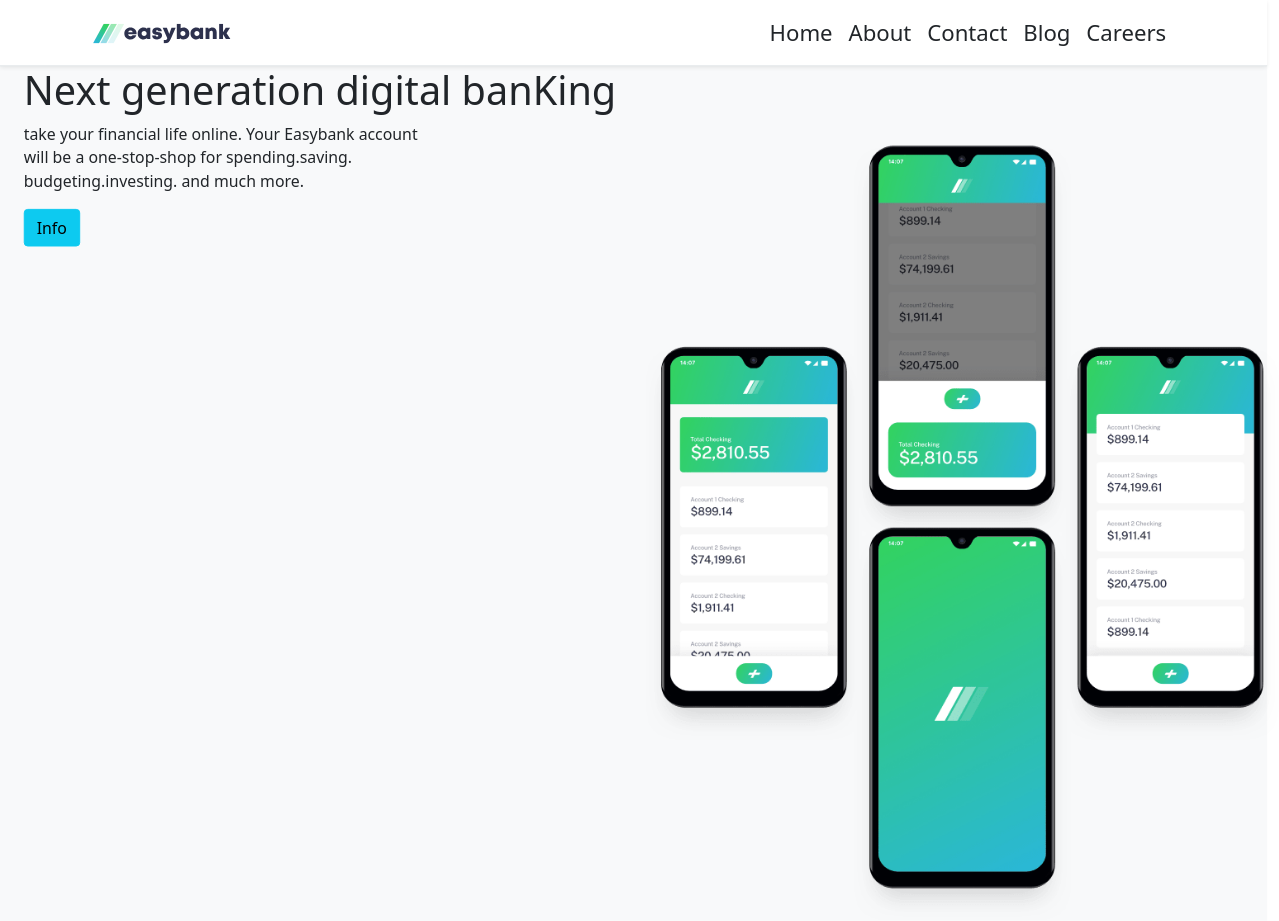
Repository: devbastos/easy-Bank
Page: / (app in frontend/)
An editor plug-in stored every save of this project. The page is shown before and after the next save, followed by the edit.
The browser window is 1280 px wide. The page is 1292 px wide, so the pictures cover 1292 px, including what lies to the right of the window. The pictures show the whole page, at 99% of full size.
Some web libraries are served in a nearby version. The project was rebuilt for these pictures with package versions that can differ from the ones it lists, and the page was loaded fresh each time.

Above is the page before, as saved 2022-02-03 18:44:33.

After the next save:
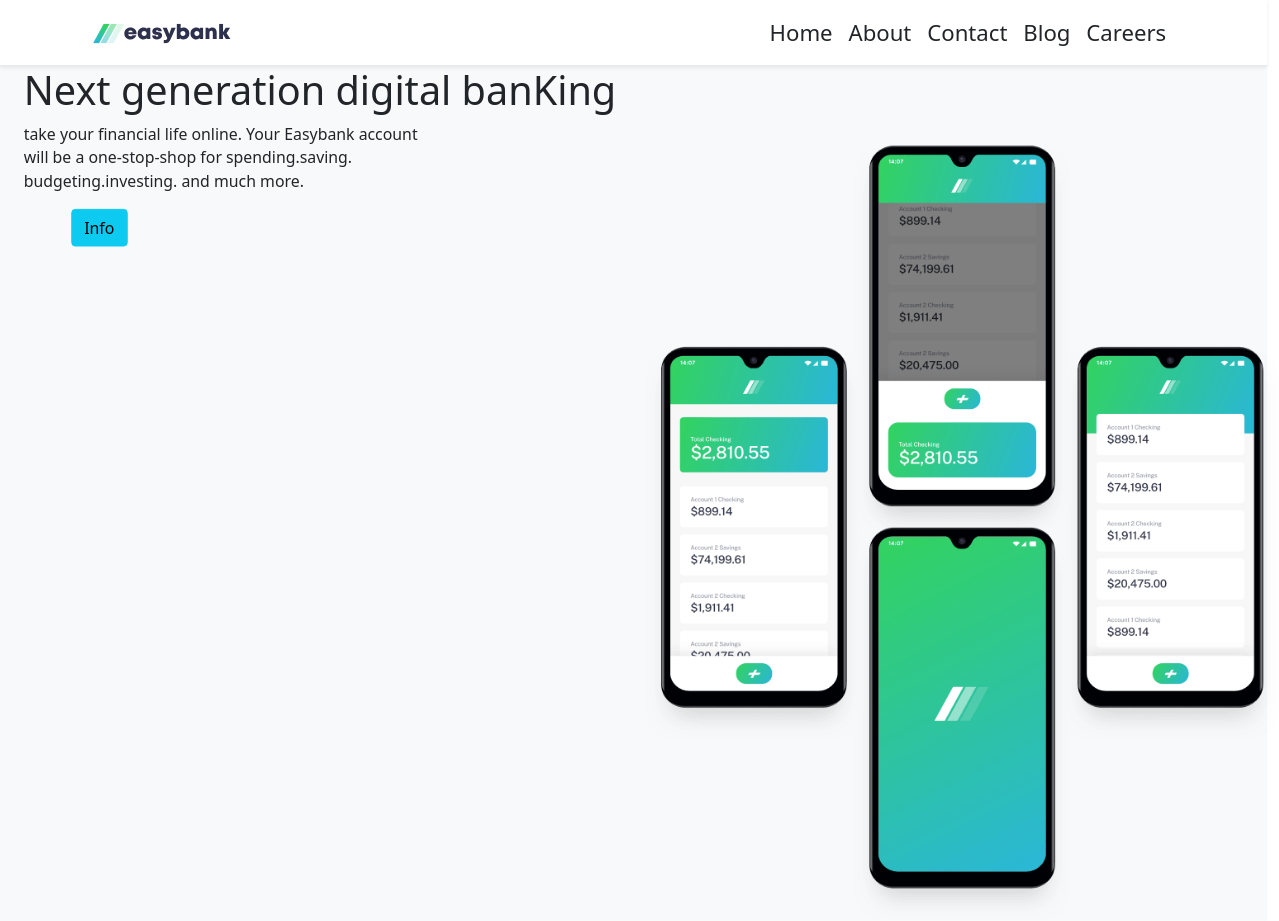
Saved 23 s later.
--- a/frontend/src/app/template/header/header.component.html
+++ b/frontend/src/app/template/header/header.component.html
@@ -8,7 +8,7 @@
                 budgeting.investing. and much more.
             </p>
 
-            <button type="button" class="btn btn-info">Info</button>
+            <button type="button" class="btn btn-info ms-5">Info</button>
         </div>
 
         <div class="col-6">

After the save that followed:
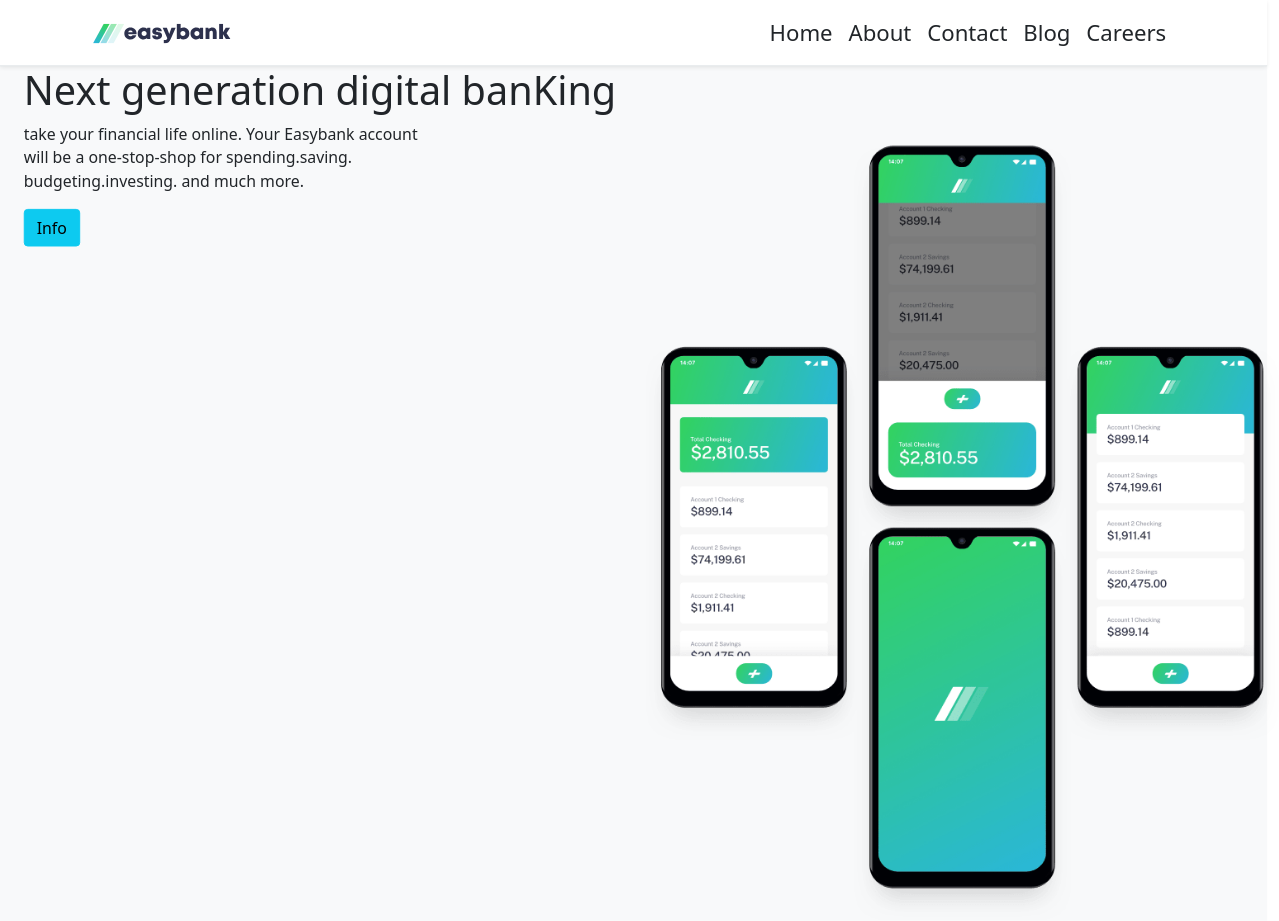
Saved 7 s later.
--- a/frontend/src/app/template/header/header.component.html
+++ b/frontend/src/app/template/header/header.component.html
@@ -8,7 +8,7 @@
                 budgeting.investing. and much more.
             </p>
 
-            <button type="button" class="btn btn-info ms-5">Info</button>
+            <button type="button" class="btn btn-info">Info</button>
         </div>
 
         <div class="col-6">
